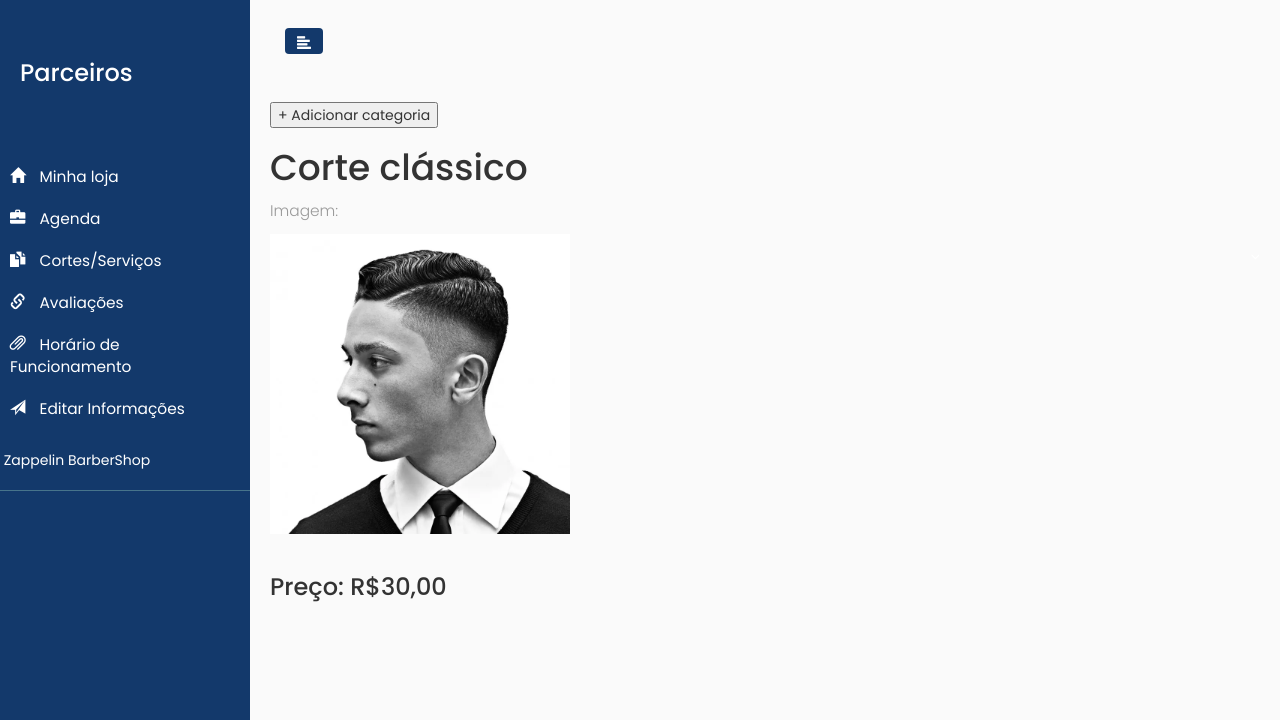
Repository: aquilesascar/barberconnect
Page: http://localhost/corteclassico.php
The author's editor kept a copy of each file at every save. The page is drawn from the files as they stood at one save, then again after the next save.
The browser window is 1280 px wide. The pictures show the whole page.
The page is run by PHP 8.4 with error messages shown; the project is at /var/www/html/.

Above is the page before, as saved 2023-10-09 14:51:28.

### corteclassico.php
<!DOCTYPE html>
<html>

<head>
    <meta charset="utf-8">
    <meta name="viewport" content="width=device-width, initial-scale=1.0">
    <meta http-equiv="X-UA-Compatible" content="IE=edge">

    <title>Barra de tarefas</title>

    <!-- Bootstrap CSS CDN -->
    <link rel="stylesheet" href="https://maxcdn.bootstrapcdn.com/bootstrap/3.3.7/css/bootstrap.min.css">
    <!-- Our Custom CSS -->
    <link rel="stylesheet" href="../TCC/assets/css/style4.css">

</head>

<body>
    <div class="wrapper">
        <?php
        //INCLUSÃO DO MENU
        include_once('menu.php');
        ?>
        <!-- Page Content Holder -->
        <div id="content">


            <div class="container-fluid">

                <div class="navbar-header">
                    <button type="button" id="sidebarCollapse" class="btn btn-info navbar-btn">
                        <i class="glyphicon glyphicon-align-left"></i>

                    </button>
                </div>

                <div class="collapse navbar-collapse" id="bs-example-navbar-collapse-1">

                </div>
            </div>
            </nav>
            <br><br>


            <button id="botaoAbrir">+ Adicionar categoria</button>
            <div id="caixaTexto" style="display: none;">
                <input type="text" id="textoInput" placeholder="Digite seu texto aqui">
                <button onclick="salvarTexto()">Salvar</button>
            </div>
            <div id="textoSalvo"></div>
            <script>
                document.getElementById('botaoAbrir').addEventListener('click', function() {
                    document.getElementById('caixaTexto').style.display = 'block';
                });

                function salvarTexto() {
                    var texto = document.getElementById('textoInput').value;
                    document.getElementById('textoSalvo').textContent = texto;
                    document.getElementById('textoInput').value = '';
                }
            </script>

            <style>
            #botaoAbrir,{
                background-color: #D21742;
            border: none;
            color: white;
            padding: 10px 20px;
            text-align: center;
            text-decoration: none;
            display: inline-block;
            font-size: 16px;
            margin: 10px;
            cursor: pointer;
            border-radius: 5px;
        }
            </style>






            <h1>Corte clássico</h1>
            <p>Imagem:</p>
            <img src="../TCC/assets/img/classiccorte.webp" alt="" class="img">
            <style>
                .img {
                    width: 300px;
                    height: auto;
                }
            </style>
            <h3>Preço: R$30,00</h3>

        </div>
    </div>

    <!-- jQuery CDN -->
    <script src="https://code.jquery.com/jquery-1.12.0.min.js"></script>
    <!-- Bootstrap Js CDN -->
    <script src="https://maxcdn.bootstrapcdn.com/bootstrap/3.3.7/js/bootstrap.min.js"></script>

    <script type="text/javascript">
        $(document).ready(function() {
            $('#sidebarCollapse').on('click', function() {
                $('#sidebar').toggleClass('active');
            });
        });
    </script>
</body>

</html>

### menu.php
<nav id="sidebar">
    <div class="sidebar-header">
        <h3>Parceiros</h3>
        <strong>BC</strong>
    </div>

    <ul class="list-unstyled components">
        <li>
            <a href="index4.php">
                <i class="glyphicon glyphicon-home"></i>
                Minha loja
            </a>

        </li>
        <li>
            <a href="agenda.php">
                <i class="glyphicon glyphicon-briefcase"></i>
                Agenda
            </a>

            <a href="corteclassico.php" aria-expanded="false">
                <i class="glyphicon glyphicon-duplicate"></i>
                Cortes/Serviços
            </a>
        </li>
        <li>
            <a href="avaliacoes.php">
                <i class="glyphicon glyphicon-link"></i>
                Avaliações
            </a>
        </li>
        <li>
            <a href="horario.php">
                <i class="glyphicon glyphicon-paperclip"></i>
                Horário de Funcionamento
            </a>
        </li>
        <li>
            <a href="#">
                <i class="glyphicon glyphicon-send"></i>
                Editar Informações
            </a>
        </li>
        <li>
            <a href="#"></a>
            <i class="glyphicon glyphicon-logout"></i>
            Zappelin BarberShop
        </li>
    </ul>

</nav>

### assets/css/style4.css
@import "https://fonts.googleapis.com/css?family=Poppins:300,400,500,600,700";

.form-check form-switch {
    text-align: justify;
}

h2 {
    padding-top: 20px;
}

h3 {
    padding-bottom: 20px;
    padding-top: 20px;
}

#sidebarCollapse {
    display: flex;
    align-items: center;
    justify-content: center;
}

#sidebarCollapse:hover {

    background-color: #05234b;
    color: white;
    align-items: center;
}

#lorem{
    color: #fafafa;
    font-size: 14px;
    user-select: none; /* Evita a seleção de texto */
    cursor: default;   /* Mantém o cursor padrão */
}


.coverImg {
    display: flex;
    justify-content: center;
}

.cover {
    border-radius: 8px;
}

.images {
    padding-bottom: 6% !important;
}

.linha{
    padding-bottom: 3%;
}

.filtros button {
    align-items: center !important;
    justify-content: center;
    border-radius: 25px !important;
    padding: 5px 17px;
    background-color: transparent;
    border-color: #8c8c8c !important;
    color: #8c8c8c;
    font-size: 16px !important;
    margin-right: 20px;
    font-weight: 450;
}

.filtros button:hover {
    background-color: transparent !important;
    /* Remove a mudança de cor de fundo */
    border-color: #6a6a6a !important;
    /* Remove a mudança de cor da borda */
    color: #6a6a6a !important;
    /* Remove a mudança de cor do texto */
}

.btn-primary {
    align-items: center !important;
    justify-content: center;
    border-radius: 5px !important;
    background-color: transparent;
    border-color: #080808 !important;
    color: #8c8c8c;
    font-size: 13px;
    margin-right: 20px;
    font-weight: 450;
}

.btn-primary:hover {
    background-color: transparent !important;
    /* Remove a mudança de cor de fundo */
    border-color: #6a6a6a !important;
    /* Remove a mudança de cor da borda */
    color: #6a6a6a !important;
    /* Remove a mudança de cor do texto */
}

.filtros {
    padding-bottom: 1%;

}

.divForm {
    margin-left: 10%;
    margin-right: 10%;
    border-radius: 6px;
    background-color: white;
    position: relative;
}

.divTable {
    border-radius: 6px;
    background-color: white;
    position: relative;
    box-shadow: 0 4px 8px 0 rgba(0, 0, 0, 0.2);
}

.divTable table {
    width: 100%;
    border-collapse: collapse;
    font-family: Arial, sans-serif;
}

.divTable th {
    background-color: #13396B;
    color: white;
    padding: 10px;
    text-align: center;
}

.divTable td {
    padding: 18px;
    text-align: center;
    border-bottom: 1px solid #ddd;
}

.divTable tr:hover {
    background-color: #f5f5f5;
}

.divTable caption {
    caption-side: top;
    text-align: center;
    font-weight: bold;
}


.barberItem {
    box-sizing: border-box;
    width: calc(100% / 3 - 10px);
    height: 200px;
    display: inline-block;
    position: relative;
    border-radius: 15px; /* Adiciona bordas arredondadas */
    box-shadow: 0 4px 8px 0 rgba(0,0,0,0.2); /* Adiciona sombra */
    transition: transform 0.4s ease, box-shadow 0.2s ease;
    background-color: #ffffff; /* Adiciona cor de fundo */
    padding: 10px 20px;
    margin-right: 6px;
    margin-bottom: 20px; /* Espaçamento entre as linhas */
}

.barberItem:hover {
    border-color: #6a6a6a !important;
    cursor: pointer;
}

.barberItem p {
    padding-left: 15%;
    font-size: 20px !important;
    padding-bottom: 20% !important;
    display: inline-block !important;
}

.barberText {
    margin-left: 85px;
    font-size: 24px;
    align-items: center;
    position: relative;
    top: -78px;
}

.description {
    padding-top: 4%;
}

.itemDescription {
    color: #8c8c8c;
    display: block;
    padding-bottom: 5%;
}

.price {
    padding-top: 5%;
    font-weight: 700;
    font-size: 20px;
}

.infos {
    position: relative;
    top: -1px;
    display: flex;
    justify-content: space-between;
    /* Isso substituirá a necessidade de float: right; */
}

.rightInfo {
    clear: both;
}

.itemName {
    font-size: 20px;
    font-weight: 600;
    position: relative;
}

.bi-star-fill {
    font-size: 16px;

}

.barberInfo {
    padding-top: 5%;
    font-size: 16px;
}

.avaliacao {
    color: rgb(255, 213, 0);
    text-decoration: underline;
    transition: color 0.2s ease;
}

.avaliacao:hover {
    cursor: pointer;
    color: rgb(251, 209, 0);
}

.distancia {
    color: rgba(0, 0, 0, 0.45);
}

.barberText {
    padding-top: 3px;
    font-size: 16px;
}

.barberName {
    font-size: 24px;
    font-weight: 700;
    position: relative;

}

.images img {
    padding-right: 3% !important;
}

body {
    font-family: 'Poppins', sans-serif;
    background: #fafafa;
}

p {
    font-family: 'Poppins', sans-serif;
    font-size: 1.1em;
    font-weight: 300;
    line-height: 1.7em;
    color: #999;
}

a,
a:hover,
a:focus {
    color: inherit;
    text-decoration: none;
    transition: all 0.3s;
}

.navbar {
    padding: 15px 10px;
    background: #fff;
    border: none;
    border-radius: 0;
    margin-bottom: 40px;
    box-shadow: 1px 1px 3px rgba(0, 0, 0, 0.1);
}

.minImg {
    position: absolute;
    right: 0;
    top: 50%;
    transform: translateY(-50%);
    padding-right: 5%;

}


.images img {
    padding-right: 3% !important;
}

.navbar-btn {
    box-shadow: none;
    outline: none !important;
    border: none;
    color: #ffffff;
    background-color: #13396B;
}

.line {
    width: 100%;
    height: 1px;
    border-bottom: 1px dashed #ddd;
    margin: 40px 0;
}

i,
span {
    display: inline-block;
}

/* ---------------------------------------------------
    SIDEBAR STYLE
----------------------------------------------------- */
.wrapper {
    display: flex;
    height: 100%;
    /*align-items: stretch;*/
}

#agenda {
    background-color: #13396B !important;
    color: white;
    cursor: default;
}

#thData:hover {
    cursor: pointer;
}

#sidebar {
    min-width: 250px;
    max-width: 250px;
    background: #13396B;
    color: #ffffff;
    transition: all 0.3s;
}

#sidebar.active {
    min-width: 80px;
    max-width: 80px;
    text-align: center;
}

#sidebar.active .sidebar-header h3,
#sidebar.active .CTAs {
    display: none;
}

#sidebar.active .sidebar-header strong {
    display: block;
}

#sidebar ul li a {
    text-align: left;
}

#sidebar.active ul li a {
    padding: 20px 10px;
    text-align: center;
    font-size: 0.85em;
}

#sidebar.active ul li a i {
    margin-right: 0;
    display: block;
    font-size: 1.8em;
    margin-bottom: 5px;
}

#sidebar.active ul ul a {
    padding: 10px !important;
}

#sidebar.active a[aria-expanded="false"]::before,
#sidebar.active a[aria-expanded="true"]::before {
    top: auto;
    bottom: 5px;
    right: 50%;
    -webkit-transform: translateX(50%);
    -ms-transform: translateX(50%);
    transform: translateX(50%);
}

#sidebar .sidebar-header {
    padding: 20px;
    background: #13396B;
}

#sidebar .sidebar-header strong {
    display: none;
    font-size: 1.8em;
}

#sidebar ul.components {
    padding: 20px 0;
    border-bottom: 1px solid #47748b;
}

#sidebar ul li a {
    padding: 10px;
    font-size: 1.1em;
    display: block;
}

#sidebar ul li a:hover {
    color: #13396B;
    background: #fff;
}

#sidebar ul li a i {
    margin-right: 10px;
}

#sidebar ul li.active>a,
a[aria-expanded="true"] {
    color: #fff;
    background: #13396B;
}


a[data-toggle="collapse"] {
    position: relative;
}

a[aria-expanded="false"]::before,
a[aria-expanded="true"]::before {
    content: '\e259';
    display: block;
    position: absolute;
    right: 20px;
    font-family: 'Glyphicons Halflings';
    font-size: 0.6em;
}

a[aria-expanded="true"]::before {
    content: '\e260';
}


ul ul a {
    font-size: 0.9em !important;
    padding-left: 30px !important;
    background: #13396B;
}

ul.CTAs {
    padding: 20px;
}

ul.CTAs a {
    text-align: center;
    font-size: 0.9em !important;
    display: block;
    border-radius: 5px;
    margin-bottom: 5px;
}

a.download {
    background: #13396B;
    color: #13396B;
}

a.article,
a.article:hover {
    background: #13396B !important;
    color: #fff !important;
}

#imgCorte {
    width: 100px;
}

/* ---------------------------------------------------
    CONTENT STYLE
----------------------------------------------------- */
#content {
    padding: 20px;
    min-height: 100vh;
    transition: all 0.3s;
}


/* ---------------------------------------------------
    MEDIAQUERIES
----------------------------------------------------- */
@media (max-width: 768px) {
    #sidebar {
        min-width: 80px;
        max-width: 80px;
        text-align: center;
        margin-left: -80px !important;
    }

    a[aria-expanded="false"]::before,
    a[aria-expanded="true"]::before {
        top: auto;
        bottom: 5px;
        right: 50%;
        -webkit-transform: translateX(50%);
        -ms-transform: translateX(50%);
        transform: translateX(50%);
    }

    #sidebar.active {
        margin-left: 0 !important;
    }

    #sidebar .sidebar-header h3,
    #sidebar .CTAs {
        display: none;
    }

    #sidebar .sidebar-header strong {
        display: block;
    }

    #sidebar ul li a {
        padding: 20px 10px;
    }

    #sidebar ul li a span {
        font-size: 0.85em;
    }

    #sidebar ul li a i {
        margin-right: 0;
        display: block;
    }

    #sidebar ul ul a {
        padding: 10px !important;
    }

    #sidebar ul li a i {
        font-size: 1.3em;
    }

    #sidebar {
        margin-left: 0;
    }

    #sidebarCollapse span {
        display: none;
    }
}

After the next save:
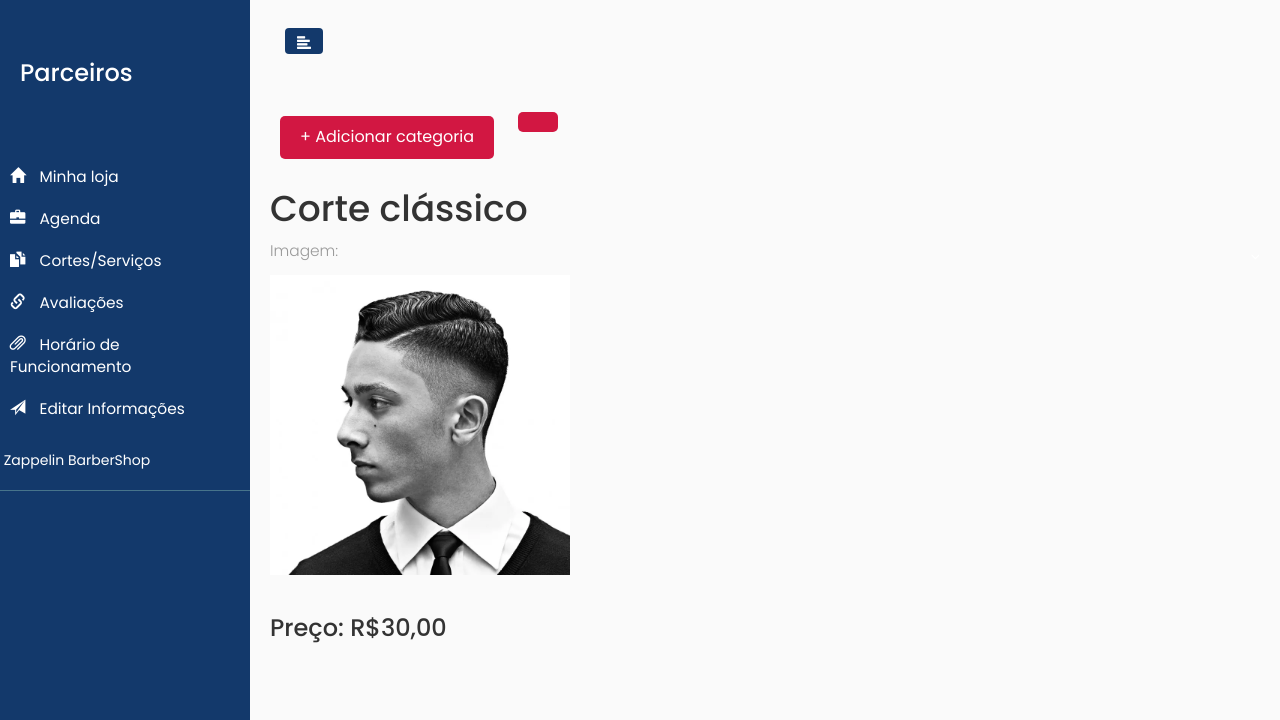
Saved 5 s later.
--- a/corteclassico.php
+++ b/corteclassico.php
@@ -61,7 +61,7 @@
             </script>
 
             <style>
-            #botaoAbrir,{
+            #botaoAbrir,#textoSalvo{
                 background-color: #D21742;
             border: none;
             color: white;

After the 2 saves that followed:
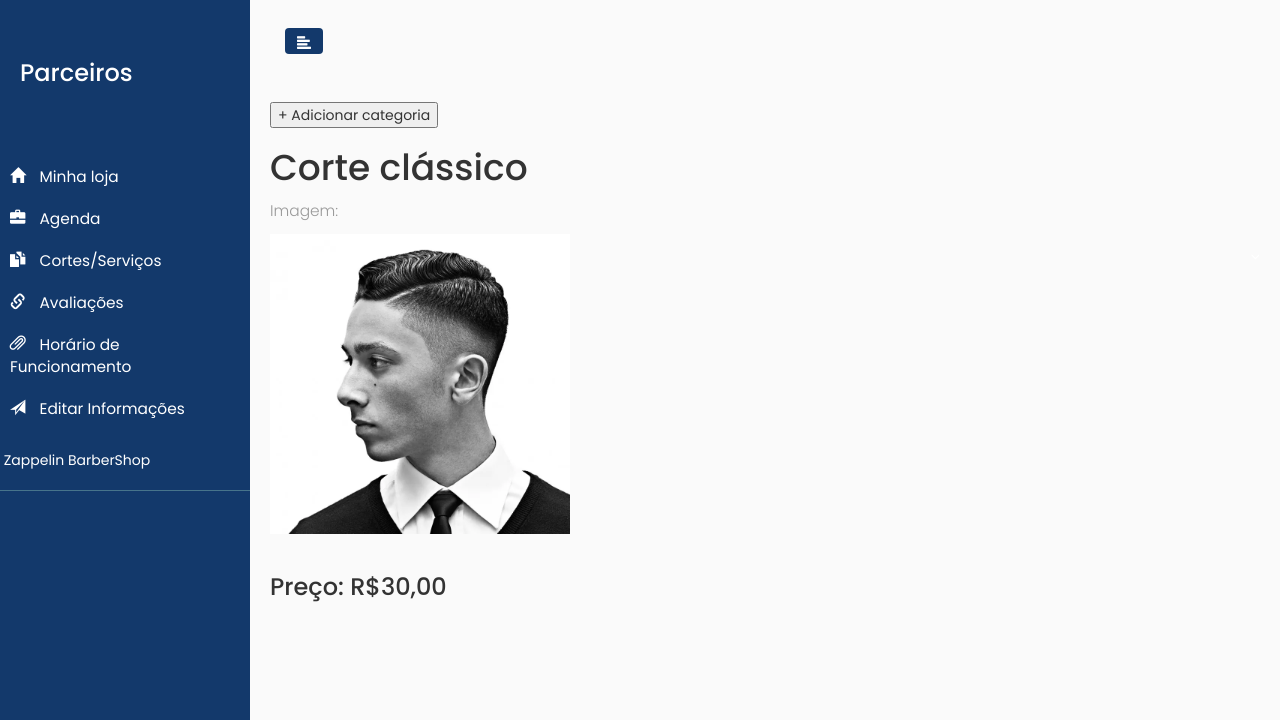
The 2 saves are shown as one change because 1 left the picture as it was.
The last was saved 23 s later.
--- a/corteclassico.php
+++ b/corteclassico.php
@@ -61,19 +61,20 @@
             </script>
 
             <style>
-            #botaoAbrir,#textoSalvo{
-                background-color: #D21742;
-            border: none;
-            color: white;
-            padding: 10px 20px;
-            text-align: center;
-            text-decoration: none;
-            display: inline-block;
-            font-size: 16px;
-            margin: 10px;
-            cursor: pointer;
-            border-radius: 5px;
-        }
+                #botaoAbrir,
+                # {
+                    background-color: #D21742;
+                    border: none;
+                    color: white;
+                    padding: 10px 20px;
+                    text-align: center;
+                    text-decoration: none;
+                    display: inline-block;
+                    font-size: 16px;
+                    margin: 10px;
+                    cursor: pointer;
+                    border-radius: 5px;
+                }
             </style>
 
 
